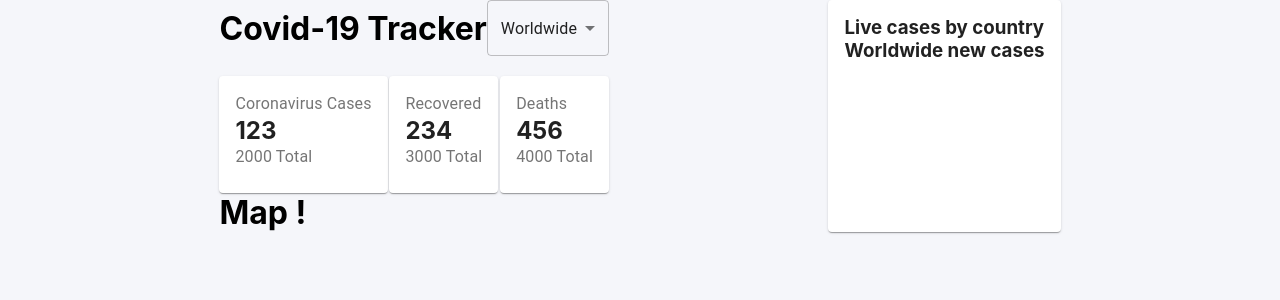
Repository: aashajo/covid-tracker-app-react
Page: /
An editor plug-in stored every save of this project. The page is shown before and after the next save, followed by the edit.
The browser window is 1280 px wide. The pictures show the whole page.
The page's requests for data from a server got no answer. The project was rebuilt for these pictures with package versions that can differ from the ones it lists, and the page was loaded fresh each time. No one was signed in, and anything a server would have sent is missing.

Above is the page before, as saved 2020-08-25 22:47:04.

### src/App.js
import React, { useState, useEffect } from "react";
import {
  MenuItem,
  FormControl,
  Select,
  Card,
  CardContent,
} from "@material-ui/core";
import "./App.css";
import Infobox from "./Infobox";
import Map from "./Map";

function App() {
  const [countries, setCountries] = useState([]); //State --> Variable declaration in React
  const [country, setCountry] = useState("worldwide");
  useEffect(() => {
    //useEffect --> Code inside useEffect will run once when the component loads and not againRuns a set of code based on given condition
    const getCountriesData = async () => {
      //async - send a req, wait for it then do somthing
      await fetch("https://disease.sh/v3/covid-19/countries")
        .then((response) => response.json())
        .then((data) => {
          const countries = data.map((country) => ({
            name: country.country, // United States, United Kingdom
            value: country.countryInfo.iso2, // UK, USA, FR
          }));
          setCountries(countries);
        });
    };
    getCountriesData();
  }, []);

  const onCountryChange = async (e) => {
    const countryCode = e.target.value;

    setCountry(countryCode);
  };

  return (
    <div className="app">
      <div className="app_left">
        {/* Header - Title and Input */}
        <div className="app_header">
          <h1> Covid-19 Tracker </h1>

          <FormControl className="app_dropdown">
            <Select
              variant="outlined"
              onChange={onCountryChange}
              value={country}
            >
              <MenuItem value="worldwide">Worldwide</MenuItem>
              {/* Loop thru countries for dropdown */}
              {countries.map((country) => (
                <MenuItem value={country.value}>{country.name}</MenuItem>
              ))}
            </Select>
          </FormControl>
        </div>

        {/* Info Box */}
        <div className="app_stats">
          <Infobox title="Coronavirus Cases" cases={123} total={2000} />
          <Infobox title="Recovered" cases={234} total={3000} />
          <Infobox title="Deaths" cases={456} total={4000} />
        </div>

        {/* Map */}
        <Map />
      </div>

      <Card className="app_right">
        <CardContent>
          <h3>Live cases by country</h3>
               {/* Table */}
          <h3>Worldwide new cases</h3>
          {/* Graph */}
        </CardContent>
      </Card>
    </div>
  );
}

export default App;

### src/App.css
* {
  margin: 0;
}

body {
  background-color: #f5f6fa;
}

.app {
  display: flex;
  justify-content: space-evenly;
}

.app_header {
  display: flex;
  align-items: center;
  margin-bottom: 20px;
  justify-content: space-between;
}

.app_stats {
  display: flex;
  justify-content: space-between;
}

### src/Infobox.js
import React from "react";
import { Card, CardContent, Typography } from "@material-ui/core";

function Infobox({ title, cases, total }) {
  return (
    <Card>
      <CardContent>
        <Typography className="infobox_title" color="textSecondary">{title}</Typography>

        <h2 className="infobox_cases">{cases}</h2>

        <Typography className="infobox_total" color="textSecondary">{total} Total</Typography>
      </CardContent>
    </Card>
  );
}

export default Infobox;

### src/Map.js
import React from 'react'

function Map() {
    return (
        <div className="map">
            <h1>Map !</h1>

        </div>
    )
}

export default Map

Loaded but not shown: public/index.html (common file); src/index.js (common file); src/index.css (common file); src/serviceWorker.js (common file)

After the next save:
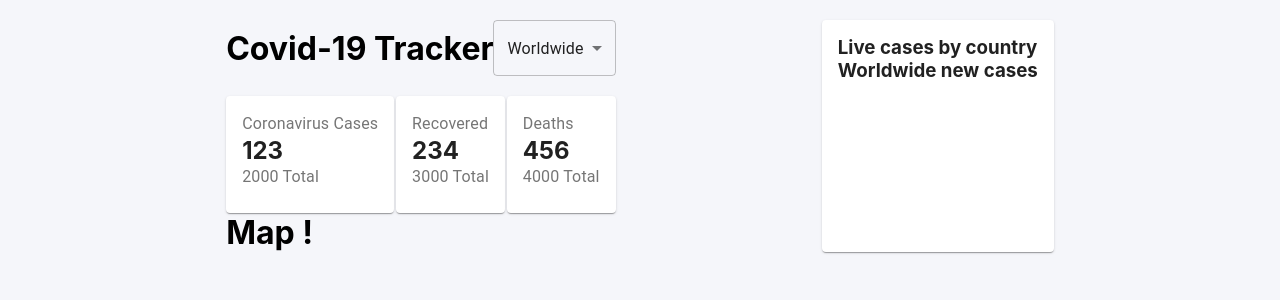
Saved 49 s later.
--- a/src/App.css
+++ b/src/App.css
@@ -9,6 +9,7 @@ body {
 .app {
   display: flex;
   justify-content: space-evenly;
+  padding: 20px
 }
 
 .app_header {
